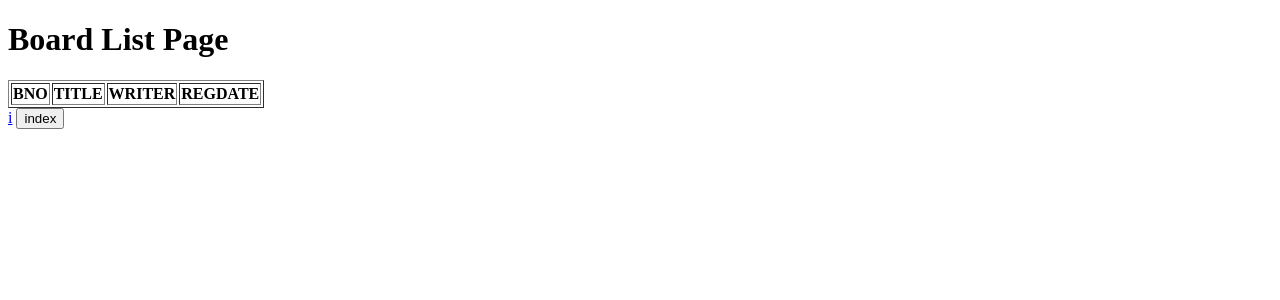
Repository: dfhdfhdfsza/myjsp
Page: http://localhost/_myjsp/brd/list
These files come from the project's save history. The page is drawn as it stood at one moment and after the next save; the edit follows.
The browser window is 1280 px wide. The pictures show the whole page.
The page is served by Tomcat 9. Other server files are loaded and not shown. Queries for data that is not in the repository find no rows.

Above is the page before, as saved 2023-09-22 08:46:31.

### _myjsp/src/main/webapp/board/list.jsp
<%@ page language="java" contentType="text/html; charset=UTF-8"
    pageEncoding="UTF-8"%>
 <%@ taglib prefix="c" uri="http://java.sun.com/jsp/jstl/core" %>
<!DOCTYPE html>
<html>
<head>
<meta charset="UTF-8">
<title>Insert title here</title>
</head>
<body>
	<h1>Board List Page</h1>
	<table border="1">
		<tr>
			<th>BNO</th>
			<th>TITLE</th>
			<th>WRITER</th>
			<th>REGDATE</th>
		</tr>
		<c:forEach items="${list}" var="bvo">
			<tr>
				<td><a href="/brd/detail?bno=${bvo.bno}">${bvo.bno}</a></td>
				<td>${bvo.title}</td>
				<td>${bvo.writer}</td>
				<td>${bvo.regdate}</td>
			</tr>
		</c:forEach>
	</table>
	<c:if test="${ph.prev}">
		<a href="/brd/pageList?pageNo=${ph.startPage-1}&qty=${ph.pgvo.qty}"> ◁ |</a>
	</c:if>
	<c:forEach begin="${ph.startPage}" end="${ph.endPage}" var="i">
		<a href="/brd/pageList?pageNo=${ph.startPage-1}&qty=${ph.pgvo.qty}">i</a>
	</c:forEach>
	<c:if test="${ph.next}">
		<a href="/brd/pageList?pageNo=${ph.endPage+1}&qty=${ph.pgvo.qty}"> | ▷</a>
	</c:if>
	<a href="/index.jsp"><button type="button">index</button></a>
</body>
</html>

### _myjsp/src/main/java/controller/boardController.java
package controller;

import java.io.IOException;
import java.util.List;

import javax.servlet.RequestDispatcher;
import javax.servlet.ServletException;
import javax.servlet.annotation.WebServlet;
import javax.servlet.http.HttpServlet;
import javax.servlet.http.HttpServletRequest;
import javax.servlet.http.HttpServletResponse;

import org.slf4j.Logger;
import org.slf4j.LoggerFactory;

import domain.boardVO;
import domain.pagingVO;
import handler.PagingHandler;
import service.boardService;
import service.boardServiceImpl;


@WebServlet("/brd/*")
public class boardController extends HttpServlet {
	private static final long serialVersionUID = 1L;
	//로그기록 객체 생성
	private static final Logger log=LoggerFactory.getLogger(boardController.class);

	private RequestDispatcher rdp; //jsp에서 받은 요청을 처리,결과를 다른 jsp로 보내는 역할을 하는 객체
	private String destPage; //목적지 주소 기록 변수
	private int isOk; //DB의 구문 체크 값 저장

    private boardService bsv;

    public boardController()
    {
       bsv= new boardServiceImpl();

    }


	protected void service(HttpServletRequest request, HttpServletResponse response) throws ServletException, IOException
	{
		request.setCharacterEncoding("utf-8");
		response.setCharacterEncoding("utf-8");
		response.setContentType("text/html; charset=UTF-8");

		String uri=request.getRequestURI();
		log.info(uri);
		String path=uri.substring(uri.lastIndexOf("/")+1);
		log.info(path);
		switch (path)
		{
		case "register":
			destPage="/board/register.jsp";
			break;
		case "insert":
			try {
				log.info("edit check 1");
				String title=request.getParameter("title");
				String writer=request.getParameter("writer");
				String content=request.getParameter("content");
				boardVO bvo=new boardVO(title, writer, content);
				log.info("bvo>>"+bvo);
				isOk=bsv.insert(bvo);
				log.info((isOk>0)? "OK":"FAIL");
				destPage="/index.jsp";
			} catch (Exception e) {
				e.printStackTrace();
			}
			break;
		case "list":
			try {
				log.info("list check 1");
				List<boardVO>list=bsv.list();
				request.setAttribute("list",list);
				destPage="/board/list.jsp";
			} catch (Exception e) {
				e.printStackTrace();
			}
			break;
		case "detail":
			try {
				log.info("detail check 1");
				int bno=Integer.parseInt(request.getParameter("bno"));
				boardVO bvo=bsv.detail(bno);
				request.setAttribute("bvo", bvo);
				destPage="/board/detail.jsp";
			} catch (Exception e) {
				e.printStackTrace();
			}
			break;

		case "modify":
				try {
					int bno=Integer.parseInt(request.getParameter("bno"));
					boardVO bvo=bsv.detail(bno);
					request.setAttribute("bvo",bvo);
					destPage="/board/modify.jsp";
				} catch (Exception e) {
					e.printStackTrace();
				}
			break;
		case "edit":
			try {
				log.info("edit check 1");
				int bno=Integer.parseInt(request.getParameter("bno"));
				String title=request.getParameter("title");
				String content=request.getParameter("content");
				boardVO bvo=new boardVO(bno, title, content);
				isOk=bsv.edit(bvo);
				log.info((isOk>0)? "OK":"FAIL");
				destPage="/brd/list";

			} catch (Exception e) {
				e.printStackTrace();
			}
			break;
		case "remove":
			try {
				log.info("remove check 1");
				int bno=Integer.parseInt(request.getParameter("bno"));
				isOk=bsv.remove(bno);
				destPage="/brd/list";
			} catch (Exception e) {
				e.printStackTrace();
			}
			break;
		case "pageList":
			try {
				pagingVO pgvo=new pagingVO();
				if(request.getParameter("pageNo")!=null)
				{
					int pageNo=Integer.parseInt(request.getParameter("pageNo"));
					int qty=Integer.parseInt(request.getParameter("qty"));
					pgvo=new pagingVO(pageNo, qty);
				}
				// total count 구해오기
				int totalcount=bsv.totalcount();
				log.info("totalcount>>"+totalcount);
				//list 가져오기
				List<boardVO>list=bsv.getPageList();
				//setattribute
				PagingHandler ph= new PagingHandler(pgvo, totalcount);
				request.setAttribute("ph",ph);
				destPage="/board/list.jsp";
			} catch (Exception e) {
				e.printStackTrace();
			}

			break;
		}//switch end

		rdp=request.getRequestDispatcher(destPage);
		rdp.forward(request, response);

	}//service end


	protected void doGet(HttpServletRequest request, HttpServletResponse response) throws ServletException, IOException
	{
		service(request, response);
	}


	protected void doPost(HttpServletRequest request, HttpServletResponse response) throws ServletException, IOException
	{
		service(request, response);
	}

}

### _myjsp/src/main/java/service/boardServiceImpl.java
package service;

import java.util.List;

import org.slf4j.Logger;
import org.slf4j.LoggerFactory;

import dao.boardDAO;
import dao.boardDAOImpl;
import domain.boardVO;

public class boardServiceImpl implements boardService
{
	private static final Logger log=LoggerFactory.getLogger(boardServiceImpl.class);

	private boardDAO bdao;
	public boardServiceImpl()
	{
		bdao=new boardDAOImpl();
	}

	@Override
	public int insert(boardVO bvo) {
		log.info("edit check 2");
		return bdao.insert(bvo);
	}

	@Override
	public List<boardVO> list() {
		log.info("list check 2");
		return bdao.list();
	}

	@Override
	public boardVO detail(int bno) {
		log.info("detail check 2");
		return bdao.detail(bno);
	}

	@Override
	public int edit(boardVO bvo) {
		log.info("edit check 2");
		return bdao.edit(bvo);
	}

	@Override
	public int remove(int bno) {
		log.info("remove check 2");
		return bdao.remove(bno);
	}

	@Override
	public int totalcount() {
		log.info("totalcount check 2");
		return bdao.totalcount();
	}

	@Override
	public List<boardVO> getPageList() {
		log.info("getPageList check 2");
		return bdao.getPageList();
	}



}

### _myjsp/src/main/java/dao/boardDAO.java
package dao;

import java.util.List;

import domain.boardVO;

public interface boardDAO {

	int insert(boardVO bvo);

	List<boardVO> list();

	boardVO detail(int bno);

	int edit(boardVO bvo);

	int remove(int bno);

	int totalcount();

	List<boardVO> getPageList();

}

### _myjsp/src/main/java/dao/boardDAOImpl.java
package dao;

import java.util.List;

import org.apache.ibatis.session.SqlSession;
import org.slf4j.Logger;
import org.slf4j.LoggerFactory;

import domain.boardVO;
import orm.DatabaseBuilder;

public class boardDAOImpl implements boardDAO
{
	private static final Logger log=LoggerFactory.getLogger(boardDAOImpl.class);
	SqlSession sql;
	int isOk;

	private final String NS="BoardMapper.";

	public boardDAOImpl()
	{
		new DatabaseBuilder();
		sql=DatabaseBuilder.getFactory().openSession();
	}

	@Override
	public int insert(boardVO bvo) {
		log.info("edit check 3");

		isOk=sql.insert(NS+"insert",bvo);

		if(isOk>0)
			sql.commit();

		return isOk;
	}

	@Override
	public List<boardVO> list() {
		log.info("list check 3");
		return sql.selectList(NS+"list");
	}

	@Override
	public boardVO detail(int bno) {
		log.info("detail check 3");
		return sql.selectOne(NS+"detail",bno);
	}

	@Override
	public int edit(boardVO bvo) {
		log.info("edit check 3");
		isOk=sql.update(NS+"edit",bvo);
		if(isOk>0)
			sql.commit();
		return isOk;
	}

	@Override
	public int remove(int bno) {
		log.info("remove check 3");
		isOk=sql.delete(NS+"remove",bno);
		if(isOk>0)
			sql.commit();
		return isOk;
	}

	@Override
	public int totalcount() {
		log.info("totalcount check 3");
		return sql.selectOne(NS+"totalcount");
	}

	@Override
	public List<boardVO> getPageList() {
		log.info("getPageList check 3");
		return sql.selectList(NS+"pagelist");
	}


}

### _myjsp/src/main/java/orm/DatabaseBuilder.java
package orm;

import org.apache.ibatis.io.Resources;
import org.apache.ibatis.session.SqlSessionFactory;
import org.apache.ibatis.session.SqlSessionFactoryBuilder;

public class DatabaseBuilder
{

	private static SqlSessionFactory factory;
	private static final String config="orm/mybatisConfig.xml";

	//초기화 블럭을 사용하여 객체 생성 후 초기화
	static
	{
		try {
			factory=new SqlSessionFactoryBuilder().build(Resources.getResourceAsReader(config));
		} catch (Exception e) {
				e.printStackTrace();
		}
	}

	public static SqlSessionFactory getFactory()
	{
		return factory;
	}
}

### _myjsp/src/main/java/domain/boardVO.java
package domain;

public class boardVO
{
	private int bno;
	private String title;
	private String writer;
	private String regdate;
	private String content;
	private String category;
	private String moddate;

	public boardVO() {}


	//insert
	public boardVO(String title, String writer, String content)
	{
		super();
		this.title = title;
		this.writer = writer;
		this.content = content;
	}


	//detail
	public boardVO(int bno, String title, String writer, String regdate, String content, String moddate) {
		super();
		this.bno = bno;
		this.title = title;
		this.writer = writer;
		this.regdate = regdate;
		this.content = content;
		this.moddate = moddate;
	}

	//edit
	public boardVO(int bno, String title, String content) {
		super();
		this.bno = bno;
		this.title = title;
		this.content = content;
	}


	//---------------------getter/setter------------------------------

	public int getBno() {
		return bno;
	}

	public void setBno(int bno) {
		this.bno = bno;
	}
	public String getTitle() {
		return title;
	}
	public void setTitle(String title) {
		this.title = title;
	}
	public String getWriter() {
		return writer;
	}
	public void setWriter(String writer) {
		this.writer = writer;
	}
	public String getRegdate() {
		return regdate;
	}
	public void setRegdate(String regdate) {
		this.regdate = regdate;
	}
	public String getContent() {
		return content;
	}
	public void setContent(String content) {
		this.content = content;
	}
	public String getCategory() {
		return category;
	}
	public void setCategory(String category) {
		this.category = category;
	}


	public String getModdate() {
		return moddate;
	}


	public void setModdate(String moddate) {
		this.moddate = moddate;
	}


	@Override
	public String toString() {
		return "boardVO [bno=" + bno + ", title=" + title + ", writer=" + writer + ", regdate=" + regdate + ", content="
				+ content + ", category=" + category + "]";
	}


}

### _myjsp/src/main/java/domain/memberVO.java
package domain;

public class memberVO
{
	private String id;
	private String pw;
	private String regdate;
	private String last_login;


	public memberVO() {}

	//join
	public memberVO(String id, String pw) {
		super();
		this.id = id;
		this.pw = pw;
	}
	//---------------------------getter/setter----------------------------------


	public String getId() {
		return id;
	}


	public void setId(String id) {
		this.id = id;
	}


	public String getPw() {
		return pw;
	}


	public void setPw(String pw) {
		this.pw = pw;
	}


	public String getRegdate() {
		return regdate;
	}


	public void setRegdate(String regdate) {
		this.regdate = regdate;
	}


	public String getLast_login() {
		return last_login;
	}


	public void setLast_login(String last_login) {
		this.last_login = last_login;
	}


}

After the next save:
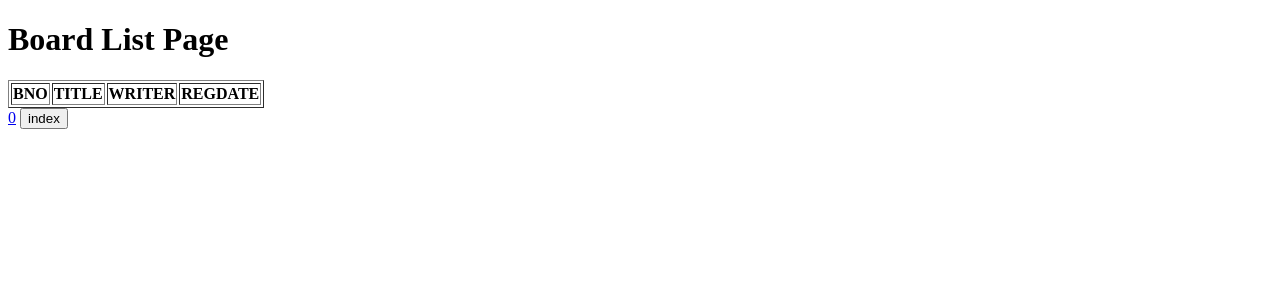
Saved 27 s later.
--- a/_myjsp/src/main/webapp/board/list.jsp
+++ b/_myjsp/src/main/webapp/board/list.jsp
@@ -29,7 +29,7 @@
 		<a href="/brd/pageList?pageNo=${ph.startPage-1}&qty=${ph.pgvo.qty}"> ◁ |</a>
 	</c:if>
 	<c:forEach begin="${ph.startPage}" end="${ph.endPage}" var="i">
-		<a href="/brd/pageList?pageNo=${ph.startPage-1}&qty=${ph.pgvo.qty}">i</a>
+		<a href="/brd/pageList?pageNo=${ph.startPage-1}&qty=${ph.pgvo.qty}">${i}</a>
 	</c:forEach>
 	<c:if test="${ph.next}">
 		<a href="/brd/pageList?pageNo=${ph.endPage+1}&qty=${ph.pgvo.qty}"> | ▷</a>
